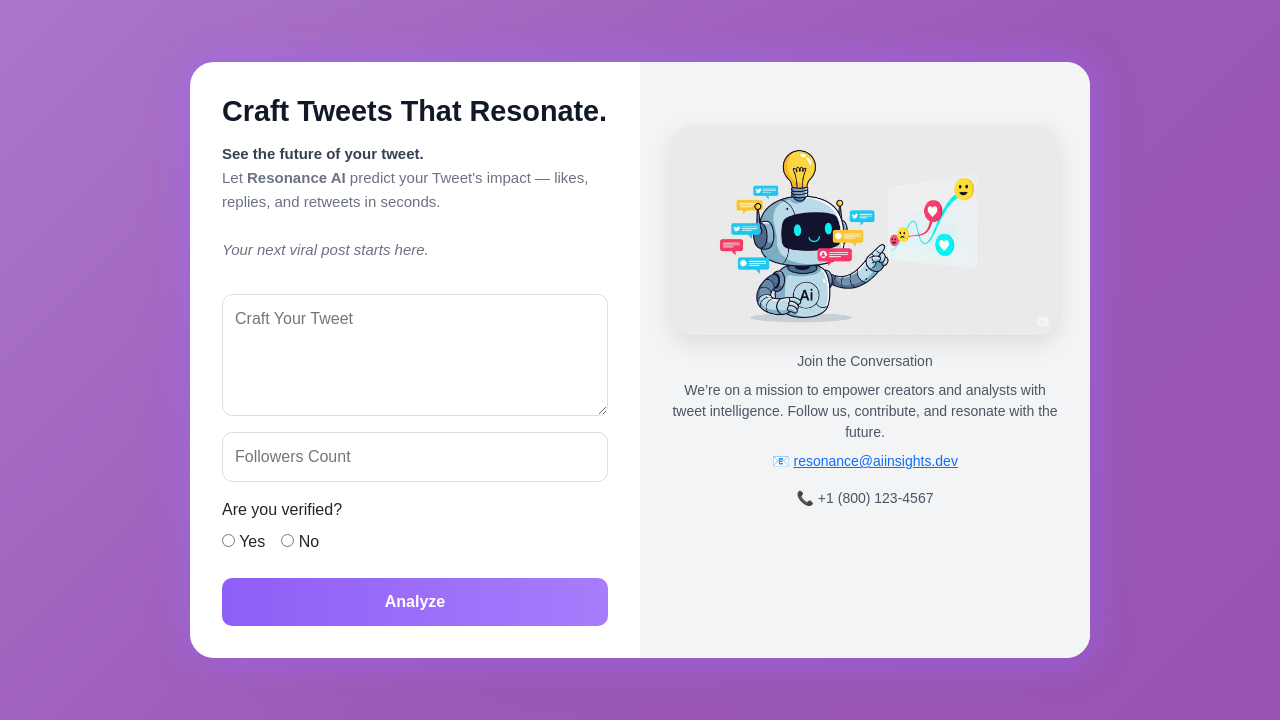
Repository: TannisthaBiswas/ResonanceFrontend
Page: /form
The author's editor kept a copy of each file at every save. The page is drawn from the files as they stood at one save, then again after the next save.
The browser window is 1280 px wide. The pictures show the whole page.
The project was rebuilt for these pictures with package versions that can differ from the ones it lists, and the page was loaded fresh each time. Some packages were replaced by stand-ins written for this rebuild. Also part of the build but not shown: src/pages/HomePage.js, src/pages/LoadingPage.js, src/pages/ResultPage.js.

Above is the page before, as saved 2025-06-14 21:29:50.

### src/index.js
import 'bootstrap/dist/css/bootstrap.min.css';
import React from 'react';
import ReactDOM from 'react-dom/client';
import './index.css';
import App from './App';
import reportWebVitals from './reportWebVitals';
import '@fortawesome/fontawesome-free/css/all.min.css';


import { ClerkProvider } from '@clerk/clerk-react';
import { BrowserRouter } from 'react-router-dom';
import ContextApi from './context/Context';


const clerkPubKey = process.env.REACT_APP_CLERK_PUBLISHABLE_KEY;

const root = ReactDOM.createRoot(document.getElementById('root'));
root.render(
  <React.StrictMode>
    <ContextApi>

      <ClerkProvider publishableKey={clerkPubKey}>
        <BrowserRouter>
          <App />
        </BrowserRouter>
      </ClerkProvider>
    </ContextApi>
  </React.StrictMode>
);

reportWebVitals();

### src/App.js
import React from "react";
import { Routes, Route } from "react-router-dom";
import HomePage from "./pages/HomePage";
import FormPage from "./pages/FormPage";
import LoadingPage from "./pages/LoadingPage";
import ResultPage from "./pages/ResultPage";
// import ProtectedRoute from "./components/ProtectedRoute";

function App() {
  return (
    <Routes>
      <Route path="/" element={<HomePage />} />

      <Route
        path="/form"
        element={
          // <ProtectedRoute>
            <FormPage />
          // </ProtectedRoute>
        }
      />

      <Route
        path="/loading"
        element={
          // <ProtectedRoute>
            <LoadingPage />
          // {/* </ProtectedRoute> */}
        }
      />

      <Route
        path="/result/:id"
        element={
          // <ProtectedRoute>
            <ResultPage />
          // </ProtectedRoute>
        }
      />
    </Routes>
  );
}

export default App;

### src/context/Context.js
import {createContext, useState} from 'react'

export const myContext = createContext();

const ContextApi = ({children}) => {

        const [userData,setUserData] = useState({})

  return (
    <myContext.Provider value={{userData,setUserData}}>
        {children}
    </myContext.Provider>
  )
}

export default ContextApi

### src/pages/FormPage.js
import { useContext, useState } from 'react';
import { useNavigate } from 'react-router-dom';
import "./Form.css";
import axios from 'axios';
import { myContext } from '../context/Context';
import { motion } from 'framer-motion';
import HeroImg from '../assets/hero.png';

const FormPage = () => {
  const { userData, setUserData } = useContext(myContext);
  const navigate = useNavigate();

  const [text, setText] = useState("");
  const [countFollow, setCountFollow] = useState(null);
  const [radiovalue, setRadioValue] = useState(null);

  const handelSubmitbtn = async () => {
    if (!text || !countFollow || !radiovalue) return;

    const hasHashtag = text.includes("#") ? 1 : 0;

    const emojiRegex =
      /[\u{1F600}-\u{1F64F}]|[\u{1F300}-\u{1F5FF}]|[\u{1F680}-\u{1F6FF}]|[\u{2600}-\u{26FF}]/gu;
    const hasEmoji = emojiRegex.test(text) ? 1 : 0;

    const cleanedText = text.replace(/[#\W_]+/g, " ").trim();

    const newdata = {
      author_followers: countFollow,
      author_verified: radiovalue === "yes" ? 1 : 0,
      has_hashtags: hasHashtag,
      has_emojis: hasEmoji,
      tweet_length: text.length,
      Text: cleanedText
    };

    setUserData({});
    navigate(`/loading?text=${encodeURIComponent(text)}`);

    try {
      const response = await axios.post('https://twitter-engagement.onrender.com/predict', newdata);
      const val = response?.data;
      const newUserContextData = {
        likes: Math.floor(val.predicted_likes),
        replies: Math.floor(val.predicted_replies),
        retweets: Math.floor(val.predicted_retweets)
      };
      setUserData(newUserContextData);
    } catch (error) {
      console.error("API call failed:", error);
    }
  };

  return (
    <motion.div
      initial={{ opacity: 0 }}
      animate={{ opacity: 1 }}
      transition={{ duration: 0.8 }}
      style={{
        background: 'linear-gradient(-45deg, #8e44ad, #9b59b6, #d4bfff, #a5b4fc)',
        backgroundSize: '600% 600%',
        animation: 'breathingBackground 16s ease-in-out infinite',
        minHeight: '100vh',
        display: 'flex',
        justifyContent: 'center',
        alignItems: 'center',
        padding: '2rem'
      }}
    >
      <style>
        {`
          @keyframes breathingBackground {
            0% { background-position: 0% 50%; }
            50% { background-position: 100% 50%; }
            100% { background-position: 0% 50%; }
          }

          @keyframes shadowPulse {
            0% {
              box-shadow: 0 0 20px rgba(140, 80, 255, 0.2);
            }
            50% {
              box-shadow: 0 0 40px rgba(140, 80, 255, 0.5), 0 0 60px rgba(200, 160, 255, 0.3);
            }
            100% {
              box-shadow: 0 0 20px rgba(140, 80, 255, 0.2);
            }
          }
        `}
      </style>

      <motion.div
        initial={{ scale: 0.95, opacity: 0 }}
        animate={{ scale: 1, opacity: 1 }}
        transition={{ duration: 0.6 }}
        style={{
          backgroundColor: '#fff',
          display: 'flex',
          borderRadius: '1.5rem',
          overflow: 'hidden',
          boxShadow: '0 20px 60px rgba(0, 0, 0, 0.25)',
          maxWidth: '900px',
          width: '100%',
          animation: 'shadowPulse 16s ease-in-out infinite'
        }}
      >
        {/* Left: Form */}
        <motion.div
          initial={{ x: -50, opacity: 0 }}
          animate={{ x: 0, opacity: 1 }}
          transition={{ duration: 0.6, delay: 0.2 }}
          style={{
            flex: 1,
            padding: '2rem',
            display: 'flex',
            flexDirection: 'column',
            justifyContent: 'center'
          }}
        >
         <h2 style={{
  fontWeight: 700,
  fontSize: '1.8rem',
  lineHeight: '2.2rem',
  color: '#111827',
  marginBottom: '0.75rem'
}}>
  Craft Tweets That Resonate.
</h2>

<p style={{
  color: '#6B7280',
  fontSize: '15px',
  lineHeight: '1.6',
  marginBottom: '2rem',
  maxWidth: '420px'
}}>
  <strong style={{ color: '#374151' }}>See the future of your tweet.</strong> <br />
  Let <strong>Resonance AI</strong> predict your Tweet's impact — likes, replies, and retweets in seconds. <br /><br />
  <em>Your next viral post starts here.</em>
</p>


          <textarea
            placeholder='Craft Your Tweet'
            onChange={(e) => setText(e.target.value)}
            rows={4}
            style={{
              width: '100%',
              padding: '0.75rem',
              marginBottom: '1rem',
              borderRadius: '10px',
              border: '1px solid #ddd'
            }}
          ></textarea>

          <input
            type='text'
            placeholder='Followers Count'
            onChange={(e) => setCountFollow(e.target.value)}
            style={{
              width: '100%',
              padding: '0.75rem',
              marginBottom: '1rem',
              borderRadius: '10px',
              border: '1px solid #ddd'
            }}
          />

          <p style={{ marginBottom: '0.5rem' }}>Are you verified?</p>
          <label style={{ display: 'flex', gap: '1rem', marginBottom: '1.5rem' }}>
            <span><input type='radio' name='verified' value='yes' onChange={() => setRadioValue("yes")} /> Yes</span>
            <span><input type='radio' name='verified' value='no' onChange={() => setRadioValue("no")} /> No</span>
          </label>

          <motion.button
            whileHover={{ scale: 1.05 }}
            whileTap={{ scale: 0.95 }}
            onClick={handelSubmitbtn}
            style={{
              background: 'linear-gradient(to right, #8f5ef7, #a77dfc)',
              color: 'white',
              padding: '0.75rem 1.5rem',
              border: 'none',
              borderRadius: '10px',
              fontWeight: 'bold',
              cursor: 'pointer'
            }}
          >
            Analyze
          </motion.button>
        </motion.div>

        {/* Right: Illustration + Address */}
        <motion.div
          initial={{ x: 50, opacity: 0 }}
          animate={{ x: 0, opacity: 1 }}
          transition={{ duration: 0.6, delay: 0.4 }}
          style={{
            flex: 1,
            backgroundColor: '#f3f4f6',
            padding: '2rem',
            textAlign: 'center',
            display: 'flex',
            flexDirection: 'column',
            alignItems: 'center',
            justifyContent: 'flex-start'
          }}
        >
          <img
            src={HeroImg}
            alt="AI Bot"
            style={{
              width: '100%',
              maxWidth: '400px',
              marginTop: '0.8cm',
              marginBottom: '1rem',
              borderRadius: '1.25rem',
              boxShadow: '0 8px 24px rgba(0, 0, 0, 0.1)'
            }}
          />
          <div style={{ fontSize: '14px', color: '#4b5563', textAlign: 'center' }}>
            <p style={{ marginBottom: '0.5rem' }}>Join the Conversation</p>
            <p style={{ marginBottom: '0.5rem' }}>We’re on a mission to empower creators and analysts with tweet intelligence.
Follow us, contribute, and resonate with the future.

</p>
            <p>📧 <a href="mailto:resonance@aiinsights.dev">resonance@aiinsights.dev</a></p>
<p>📞 +1 (800) 123-4567</p>

          </div>
        </motion.div>
      </motion.div>
    </motion.div>
  );
};

export default FormPage;

### src/pages/Form.css
/* src/pages/Form.css */
body {
  margin: 0;
  font-family: 'Poppins', sans-serif;
}

.form-page {
  background: linear-gradient(135deg, #745eff, #9e6aff);
  display: flex;
  justify-content: center;
  align-items: center;
  padding: 2rem;
  height: 100vh;
}

.form-container {
  width: 1100px;
  height: 650px;
  display: flex;
  background: white;
  border-radius: 60px;
  position: relative;
  overflow: hidden;
  box-shadow: 0 20px 40px rgba(0, 0, 0, 0.15);

  /* 👇 True blob shape */
  clip-path: path(
    "M 10,40 L 70,40 L 80,30 L 80,10 L 90,0 L 140,0 L 150,10 L 150,90 L 140,200 L 10,200 L 0,190 L 0,50 L Z"
  );
}


.form-left, .form-right {
  flex: 1;
  padding: 2rem;
}

.form-left h1 {
  color: #3e3e80;
  font-size: 2rem;
  margin-bottom: 10px;
}

.form-left p {
  color: #888;
  margin-bottom: -23px;
}

input[type="text"], input[type="email"], input[type="number"], textarea {
  width: 100%;
  padding: 12px;
  margin-bottom: 15px;
  border: 1px solid #ddd;
  border-radius: 10px;
  font-size: 1rem;
}

textarea {
  resize: vertical;
  min-height: 100px;
}

.radio-group {
  margin-bottom: 20px;
}

.radio-group span {
  display: block;
  margin-bottom: 5px;
  font-weight: 500;
}

.radio-group label {
  margin-right: 15px;
}

button {
  background: linear-gradient(to right, #745eff, #9e6aff);
  color: white;
  padding: 12px 20px;
  font-size: 1rem;
  border: none;
  border-radius: 20px;
  cursor: pointer;
  transition: background 0.3s ease;
}

button:hover {
  background: #5e4cff;
}

.form-right {
  text-align: center;
  background-color: #f5f5ff;
}

.form-right img {
  max-width: 100%;
  height: auto;
  margin-bottom: 20px;
}

.contact-info p {
  margin: 10px 0;
  font-size: 0.95rem;
  color: #444;
}

.social-icons i {
  margin: 0 10px;
  font-size: 1.4rem;
  color: #745eff;
  cursor: pointer;
}

### src/pages/LoadingPage.css
/* src/pages/LoadingPage.css */
@import url('https://fonts.googleapis.com/css2?family=Orbitron:wght@400;600&display=swap');






.loading-container {
  height: 100vh;
  background-color: #ffffff;
  color: #333;
  font-family: 'Poppins', 'Segoe UI', sans-serif;
  text-align: center;
  transition: background-color 0.3s ease;
  padding: 20px;
}

.lottie-wrapper {
  width: 640px;
  height: 640px;
  margin-bottom: 20px;
}

.animated-text {
  font-size: 2rem;
  font-family: 'Orbitron', sans-serif;
  font-weight: 200;
  color: #2d14bc;
  animation: fadeIn 0.6s ease-in-out;
  letter-spacing: 0.75px;
  margin-top: 1rem;
  text-align: center;
  line-height: 1.4;
}


@keyframes fadeIn {
  from { opacity: 0; transform: translateY(10px); }
  to { opacity: 1; transform: translateY(0); }
}

Loaded but not shown: public/index.html (common file); src/index.css (common file); src/reportWebVitals.js (common file)

After the next save:
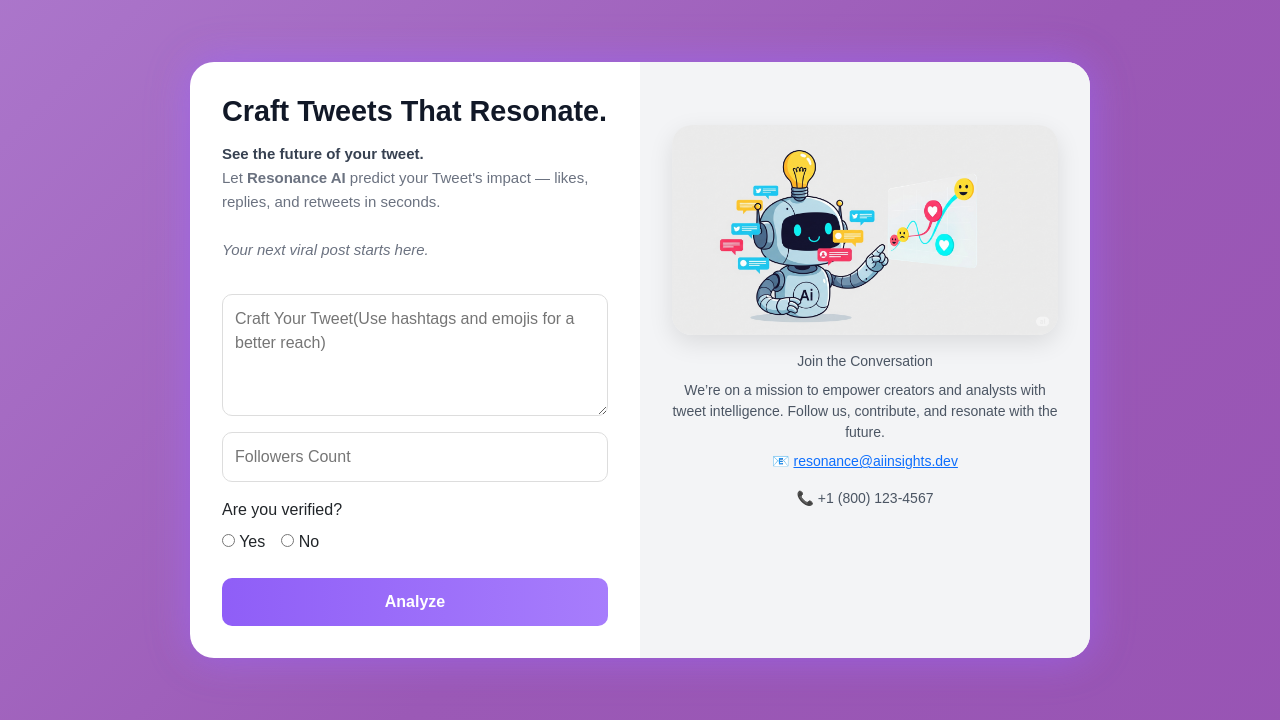
Saved 54 s later.
--- a/src/pages/FormPage.js
+++ b/src/pages/FormPage.js
@@ -141,7 +141,7 @@ const FormPage = () => {
 
 
           <textarea
-            placeholder='Craft Your Tweet'
+            placeholder='Craft Your Tweet(Use hashtags and emojis for a better reach)'
             onChange={(e) => setText(e.target.value)}
             rows={4}
             style={{
